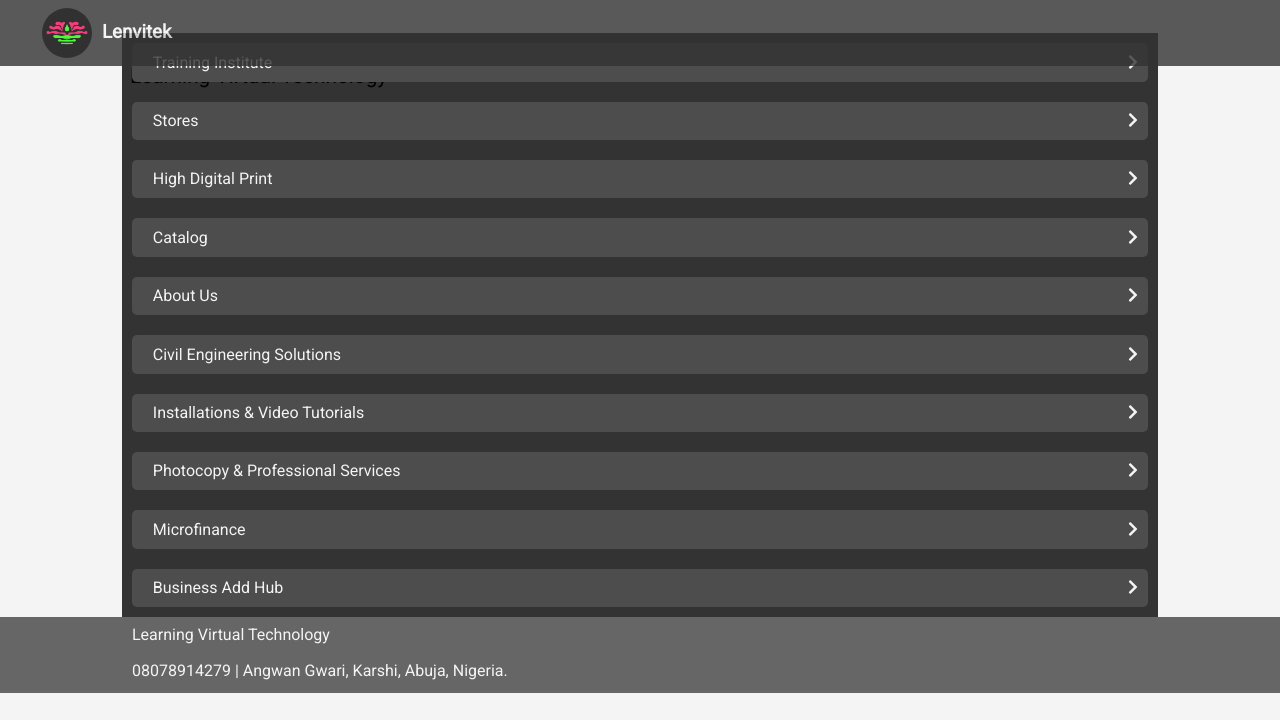
Repository: mxhdiqaim/lenviteck
Page: dist/index.html
The author's editor kept a copy of each file at every save. The page is drawn from the files as they stood at one save, then again after the next save.
The browser window is 1280 px wide. The pictures show the whole page.
Some web libraries are served in a nearby version. The style sheet was rebuilt from its Sass, Less or Tailwind sources for each picture, by a compiler version that may differ from the author's.

Above is the page before, as saved 2021-05-07 15:42:25.

### dist/index.html
<!DOCTYPE html>
<html lang="en">
<head>
    <meta charset="UTF-8">
    <meta http-equiv="X-UA-Compatible" content="IE=edge">
    <meta name="viewport" content="width=device-width, initial-scale=1.0">
    <link rel="icon" href="../img/favicon.ico" type="image/x-icon" />
    <link rel="stylesheet" href="./styles/main.css">
    <link rel="stylesheet" href="https://pro.fontawesome.com/releases/v5.10.0/css/all.css"
    integrity="sha384-AYmEC3Yw5cVb3ZcuHtOA93w35dYTsvhLPVnYs9eStHfGJvOvKxVfELGroGkvsg+p" crossorigin="anonymous" />
    <title>Lenviteck, Inc.</title>
</head>
<body>

  <section class="content">
    <nav class="navbar bg-dark">
        <div class="logo-div">
            <img src="../img/LOGO.jpeg" class="logo" alt="">
            <h1>Lenvitek</h1>
        </div>
    </nav>



    <div class="business-add-hub">
        <h1 class="mr-1">Learning Virtual Technology</h1>
    </div>
    <section class="container">
        <div class="section-1">

            <div class="works-list">
                <a href="./trainingInstitute.html" class="btn btn-block" >Training Institute<span><i class="fas fa-chevron-right"></i></span> </a>
                <ul>
                    <!-- <li class="card"><a href="#">Home</a></li>
                    <li class="card"><a href="#">Home</a></li>
                    <li class="card"><a href="#">Home</a></li>
                    <li class="card"><a href="#">Home</a></li> -->
                </ul>
            </div>
           <div class="works-list">
                <a href="#" class="btn btn-block" >Stores<span><i class="fas fa-chevron-right"></i></span> </a>
                <ul>
                    <!-- <li class="card"><a href="#">Home</a></li>
                    <li class="card"><a href="#">Home</a></li>
                    <li class="card"><a href="#">Home</a></li>
                    <li class="card"><a href="#">Home</a></li> -->
                </ul>
            </div>
            <div class="works-list">
                <a href="#" class="btn btn-block" >High Digital Print<span><i class="fas fa-chevron-right"></i></span> </a>
                <ul>
                    <!-- <li class="card"><a href="#">Home</a></li>
                    <li class="card"><a href="#">Home</a></li>
                    <li class="card"><a href="#">Home</a></li>
                    <li class="card"><a href="#">Home</a></li> -->
                </ul>
            </div>

            <div class="works-list">
                <a href="https://www.whatsapp.com/catalog/2349015135120/" target="_blank" class="btn btn-block" >Catalog<span><i class="fas fa-chevron-right"></i></span> </a>
                <ul>
                    <!-- <li class="card"><a href="#">Home</a></li>
                    <li class="card"><a href="#">Home</a></li>
                    <li class="card"><a href="#">Home</a></li>
                    <li class="card"><a href="#">Home</a></li> -->
                </ul>
            </div>
            <div class="works-list">
                <a href="https://mahdiabubakar.github.io/me/#/" class="btn btn-block" >About Us<span><i class="fas fa-chevron-right"></i></span> </a>
                <ul>
                    <!-- <li class="card"><a href="#">Home</a></li>
                    <li class="card"><a href="#">Home</a></li>
                    <li class="card"><a href="#">Home</a></li>
                    <li class="card"><a href="#">Home</a></li> -->
                </ul>
            </div>
            <div class="works-list">
                <a href="#" class="btn btn-block" >Civil Engineering Solutions<span><i class="fas fa-chevron-right"></i></span> </a>
                <ul>
                    <!-- <li class="card"><a href="#">Home</a></li>
                    <li class="card"><a href="#">Home</a></li>
                    <li class="card"><a href="#">Home</a></li>
                    <li class="card"><a href="#">Home</a></li> -->
                </ul>
            </div>
            <div class="works-list">
                <a href="#" class="btn btn-block" >Installations & Video Tutorials<span><i class="fas fa-chevron-right"></i></span> </a>
                <ul>
                    <!-- <li class="card"><a href="#">Home</a></li>
                    <li class="card"><a href="#">Home</a></li>
                    <li class="card"><a href="#">Home</a></li>
                    <li class="card"><a href="#">Home</a></li> -->
                </ul>
            </div>
            <div class="works-list">
                <a href="#" class="btn btn-block" >Photocopy & Professional Services<span><i class="fas fa-chevron-right"></i></span> </a>
                <ul>
                    <!-- <li class="card"><a href="#">Home</a></li>
                    <li class="card"><a href="#">Home</a></li>
                    <li class="card"><a href="#">Home</a></li>
                    <li class="card"><a href="#">Home</a></li> -->
                </ul>
            </div>
            <div class="works-list">
                <a href="#" class="btn btn-block" >Microfinance<span><i class="fas fa-chevron-right"></i></span> </a>
                <ul>
                    <!-- <li class="card"><a href="#">Home</a></li>
                    <li class="card"><a href="#">Home</a></li>
                    <li class="card"><a href="#">Home</a></li>
                    <li class="card"><a href="#">Home</a></li> -->
                </ul>
            </div>
            <div class="works-list">
                <a href="./businessAddHub.html" class="btn btn-block" >Business Add Hub<span><i class="fas fa-chevron-right"></i></span> </a>
                <ul>
                    <!-- <li class="card"><a href="#">Home</a></li>
                    <li class="card"><a href="#">Home</a></li>
                    <li class="card"><a href="#">Home</a></li>
                    <li class="card"><a href="#">Home</a></li> -->
                </ul>
            </div>
        </div>
    </section>
</section>
    <footer>
       <div class="container-1">
           <div id="copy"></div>
       </div>
    </footer>

    <script>

        const date = new Date().getFullYear();

        document.getElementById("copy").innerHTML = ` <p>Learning Virtual Technology </p> <p>08078914279 | Angwan Gwari, Karshi, <span>Abuja, Nigeria</span>. </p>`;
    </script>
</body>
</html>

### dist/styles/main.scss
// Import
@import url('https://fonts.googleapis.com/css?family=Roboto');

// Global variables
$primary-color: #dc3545;
$dark-color: #333333;
$light-color: #f4f4f4;
$danger-color: #dc3545;
$success-color: #28a745;

// Functions
@function set-text-color($color) {
  @if (lightness($color) > 40) {
    @return #000;
  } @else {
    @return #fff;
  }
}

* {
  padding: 0;
  margin: 0;
  box-sizing: border-box;
}

body {
  font-family: 'Roboto', sans-serif;
  font-size: 1rem;
  line-height: 1.6;
  color: set-text-color($light-color);
  background: $light-color;
  // overflow-x: hidden !important;
}


a {
  color: set-text-color($light-color);
  text-decoration: none;
}

ul {
  list-style: none;
}

img {
  width: 100%;
}

.logo-div {
  display: flex;
  justify-content: flex-start;
  align-items: center;

  .logo {
    width: 50px;
    margin: 0 10px;
    border-radius: 50%;
  }
}

.container {
  max-width: 1100px;
  margin: auto;
  overflow: hidden;
  padding: 0 2rem;
}

.container-1 {
  max-width: 1100px;
  margin-left: 100px;
  overflow: hidden;
  padding: 0 2rem;
}

.section-1 {
  // padding: 20px 10px;
  background: $dark-color;
  // color: $light-color;
  // margin: 10px auto;
  // border-radius: 10px;
  // // height: 100vh;
  // margin-top: 80px;

  .works-list {
    padding: 10px;
    width: 100%;
    transition: all .3s ease;

    ul li a {
      color: $light-color;
      transition: color .3s ease;

      &:hover {
        color: darken($light-color, 10);
      }
    }
  }
}

// cards
.card {
  padding: .5rem;
  border: #444 1px solid;
  border-radius: 5px;
  margin: 0.5rem 0;
}

.btn {
  display: inline-block;
  background: light-color;
  border-radius: 5px;
  padding: 0.4rem 1.3rem;
  font-size: 1rem;
  border: none;
  cursor: pointer;
  margin-right: 0.5rem;
  transition: opacity 0.2s ease-in;
  outline: none;
  background-color: lighten($dark-color, 10);
  color: $light-color;
  display: block;
  width: 100%;
  position: relative;

  span {
    position: absolute;
    right: 10px;
  }
}

.btn:hover {
  background-color: lighten($dark-color, 15);
}

input {
  margin: 1.2rem 0;
}

.btn-primary,
.bg-primary,
.badge-primary,
.alert-primary {
  background: $primary-color;
  color: #fff;
}

.btn-light,
.bg-light,
.badge-light,
.alert-light {
  background: $light-color;
  color: #333;
}

.btn-dark,
.bg-dark,
.badge-dark,
.alert-dark {
  background: $dark-color;
  color: #fff;
}

.btn-danger,
.bg-danger,
.badge-danger,
.alert-danger {
  background: $danger-color;
  color: #fff;
}

.btn-success,
.bg-success,
.badge-success,
.alert-success {
  background: $success-color;
  color: #fff;
}

.btn-white,
.bg-white,
.badge-white,
.alert-white {
  background: #fff;
  color: #333;
  border: #ccc solid 1px;
}



.bg-light,
.badge-light {
  border: #ccc solid 1px;
}

.navbar {
  display: flex;
  justify-content: space-between;
  align-items: center;
  padding: 0.5rem 2rem;
  z-index: 1;
  width: 100%;
  background: $dark-color;
  opacity: 0.8;
  color: $light-color;
  margin-bottom: 0.6rem;
  position: fixed;
  top: 0;
  // margin: 5px ;
}

.navbar ul {
  display: flex;
}

.navbar a {
  color: #fff;
  padding: 0.45rem;
  margin: 0 0.25rem;
}

.navbar a:hover {
  color: $light-color;
}


// Drop Down Menu


// Footer
footer {
  background: lighten($dark-color, 20);
  display: flex;
  flex-direction: column;
  justify-content: flex-start;
  align-items: flex-start;
  color: $light-color;
  padding-top: 5px;
  padding-bottom: -2px;

  ul {
    display: flex;

    li {
      margin: 10px;

      a {
        transition: all .3s ease;
        color: $light-color;

        &:hover {
          color: darken($light-color, 10);
        }
      }

    }
  }

  p {
    margin-bottom: 10px;
  }
}

// Media Query
@media (max-width: 700px) {
  .hide-sm {
    display: none;
  }

  /* Navbar */
  .navbar {
    display: block;
  }

  .navbar ul {
    text-align: center;
    justify-content: center;
  }

  // Footer
  .container-1 {
    max-width: 1100px;
    // margin-left: 100px;
    margin: auto;
    text-align: left;
    overflow: hidden;
    padding: 0 2rem;
  }

  /*
  * Business Add Hub
  */

  .company {
    flex-direction: column;
    text-align: center;

    img {
      width: 90% !important;
      margin: auto;
    }
  }

  .business-add-hub {
    position: relative;
    top: 60px;
    left: 60px !important;
  }

  .mr-1 {
    // margin-left: -40px !important;
    // margin-top: 2rem !important;
  }
}

/*
 * Business Add Hub
*/


.business-add-hub {
  color: #000;
  position: relative;
  max-width: 1100px;
  margin: auto;
  top: 60px;
  left: 10px;

  .mr-1 {
    margin-left: 30px;
    font-weight: 500;
    font-size: 1.3rem;
  }
}

.company {
  display: flex;
  padding: 10px;
  background: $dark-color;
  margin: 20px;
  border-radius: 10px;
  padding: 20px;

  div {
    padding: 10px;
    line-height: 1.8;

  }
  img {
    width: 200px;

  }

}


.section-2 {
  padding: 20px 10px;
  color: $light-color;
  // margin: 10px auto;
  border-radius: 10px;
  margin-top: 40px;

}

After the next save:
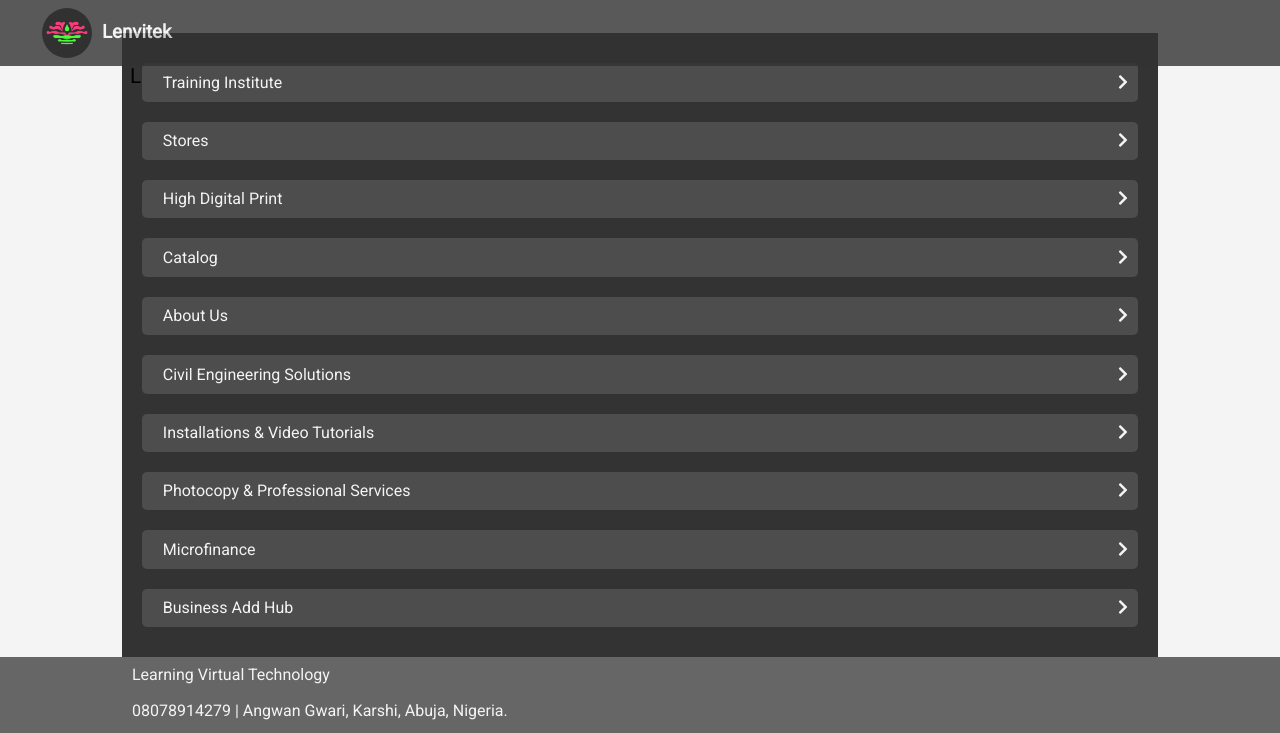
Saved 5 s later.
--- a/dist/styles/main.scss
+++ b/dist/styles/main.scss
@@ -73,7 +73,7 @@
 }
 
 .section-1 {
-  // padding: 20px 10px;
+  padding: 20px 10px;
   background: $dark-color;
   // color: $light-color;
   // margin: 10px auto;
